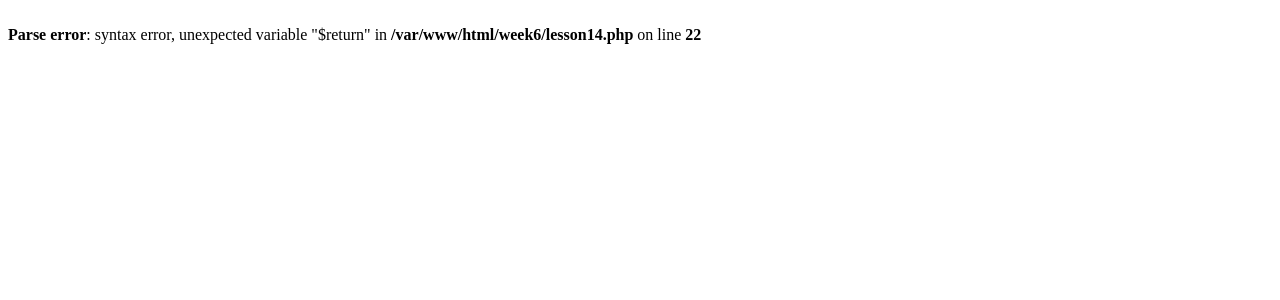
Repository: MarianCurtis/PHP-week3
Page: http://localhost/week6/lesson14.php
These files come from the project's save history. The page is drawn as it stood at one moment and after the next save; the edit follows.
The browser window is 1280 px wide. The pictures show the whole page.
The page is run by PHP 8.4 with error messages shown; the project is at /var/www/html/. Queries for data that is not in the repository find no rows.

Above is the page before, as saved 2023-03-19 16:29:33.

### week6/lesson14.php
<?php
    $hostname = "php-mysql-exercisedb.slccwebdev.com";
    $username = "phpmysqlexercise";
    $password = "mysqlexercise";
    $databasename = "php_mysql_exercisedb";

    try {
        //Create new PDO Object with connection parameters
        $conn = new PDO("mysql:host=$hostname;dbname=$databasename",$username, $password);

        //Set PDO error mode to exception
        $conn->setAttribute(PDO::ATTR_ERRMODE, PDO::ERRMODE_EXCEPTION);

        //Variable containing SQL command
        $sql = "SELECT * FROM mc_sp23_Contacts;";

        //Prepare SQL statement on server
        $stmt = $conn->prepare($sql);

        $stmt->execute()
        //Execute SQL statement on server
        $return = $conn->query($sql);




    } catch (PDOException $error) {

        //Return error code if one is created
        echo "Execution error: <br>" . $sql . "<br>" . $error->getMessage();
    }

    $conn = null;
?>

<!DOCTYPE html>
<html lang="en">
  <head>
    <meta charset="UTF-8">
    <meta http-equiv="X-UA-Compatible" content="IE-edge">
    <meta name="viewpoint" content="width=device-width, initial-scale=1.0">
    <!-- Adding Boostrap -->
    <link href="https://cdn.jsdelivr.net/npm/bootstrap@5.2.3/dist/css/bootstrap.min.css" rel="stylesheet"
    integrity="sha384-rbsA2VBKQhggwzxH7pPCaAqO46MgnOM80zW1RWuH61DGLwZJEdK2Kadq2F9CUG65" crossorigin="anonymous">

    <!-- JavaScript Bundle with Popper -->
    <script src="https://cdn.jsdelivr.net/npm/bootstrap@5.2.3/dist/js/bootstrap.bundle.min.js"
    integrity="sha384-kenU1KFdBIe4zVF0s0G1M5b4hcpxyD9F7jL+jjXkk+Q2h455rYXK/7HAuoJl+0I4"
    crossorigin="anonymous"></script>
    <title>Data Table</title>
   </head>
   <body>
    <!-- Table Section-->
    <section id="table">
      <div class="container">
        <div class="row">
          <div class="col">
            <h2>The data currently in the database is:</h2>

            <!--Table-->
            <table class="table" od="dataTable">
              <thead>
                <try>
                  <th scope="col">ID</th>
                  <th scope="col">Name</th>
                  <th scope="col">Email</th>
                  <th scope="col">Contact Back</th>
                  <th scope="col">Comments</th>
                  <th scope="col">Date Sent</th>
                </try>
              </thead>
              <tbody>
                <?php
                 //Print returned data to the screen
                  echo "<b>The data currently in the database: </b><br>\n";
                  foreach ($stmt->fetchAll() as $row) {
                  echo "<tr>";
                  echo "<td>" . $row['contactID'] . "</td>";
                  echo "<td>" . $row['name'] . "</td>";
                  echo "<td>" . $row['email'] . "</td>";
                  echo "<td>" . $row['contactBack'] . "</td>";
                  echo "<td>" . $row['comments'] . "</td>";
                  echo "<td>" . $row['dateSent'] . "</td>";
                  echo "<tr>";
                }
                ?>
              </tbody>

            </table>
          </div>
        </div>
      </div>
    </section>
   </body>
</html>

After the next save:
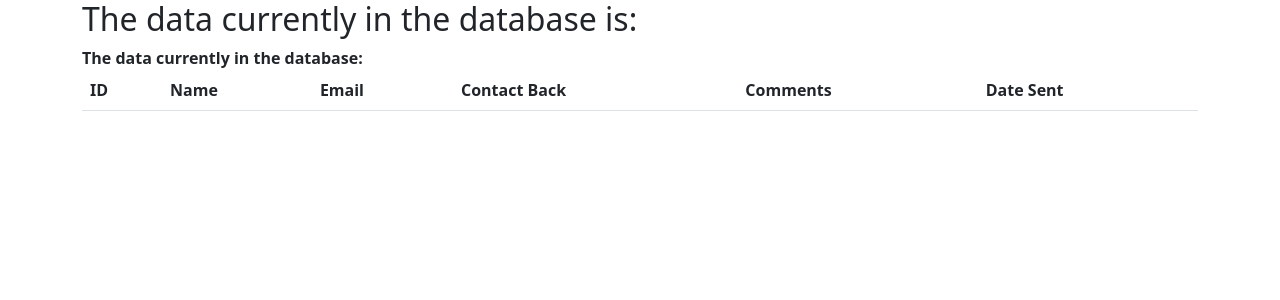
Saved 4 s later.
--- a/week6/lesson14.php
+++ b/week6/lesson14.php
@@ -17,7 +17,7 @@
         //Prepare SQL statement on server
         $stmt = $conn->prepare($sql);
 
-        $stmt->execute()
+        $stmt->execute();
         //Execute SQL statement on server
         $return = $conn->query($sql);
 
